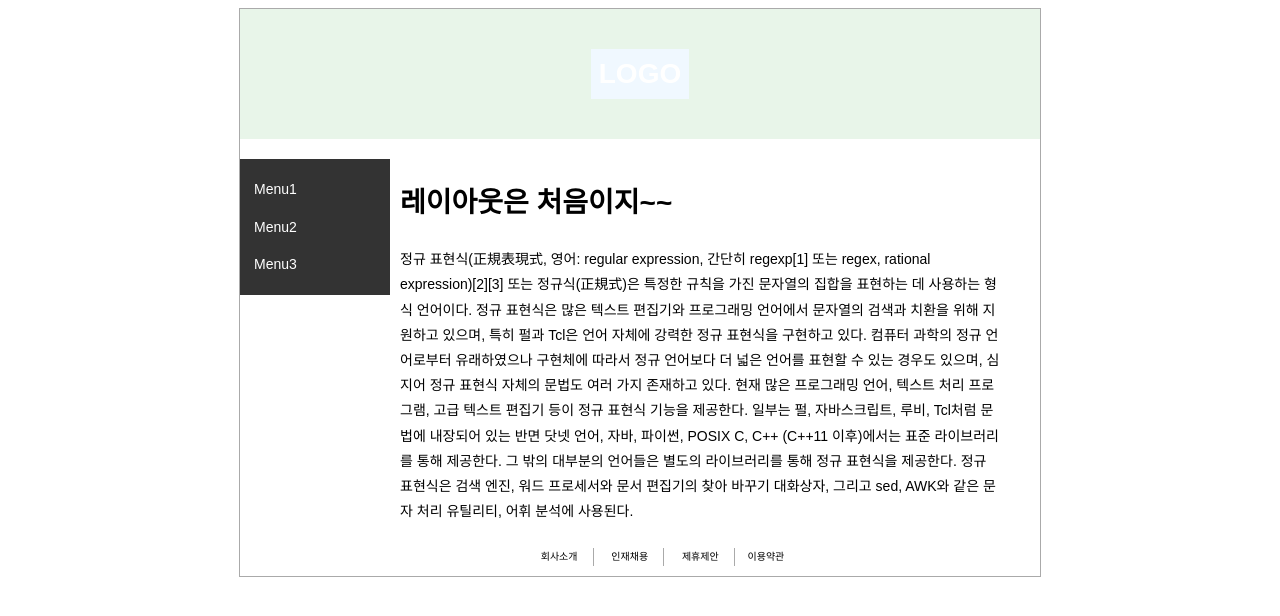
Repository: hsaar/jsworkplace
Page: http://localhost/testjsp/jsp/login.jsp
These files come from the project's save history. The page is drawn as it stood at one moment and after the next save; the edit follows.
The browser window is 1280 px wide. The pictures show the whole page.
The page is served by Tomcat 9.

Above is the page before, as saved 2025-08-21 01:24:57.

After the next save:
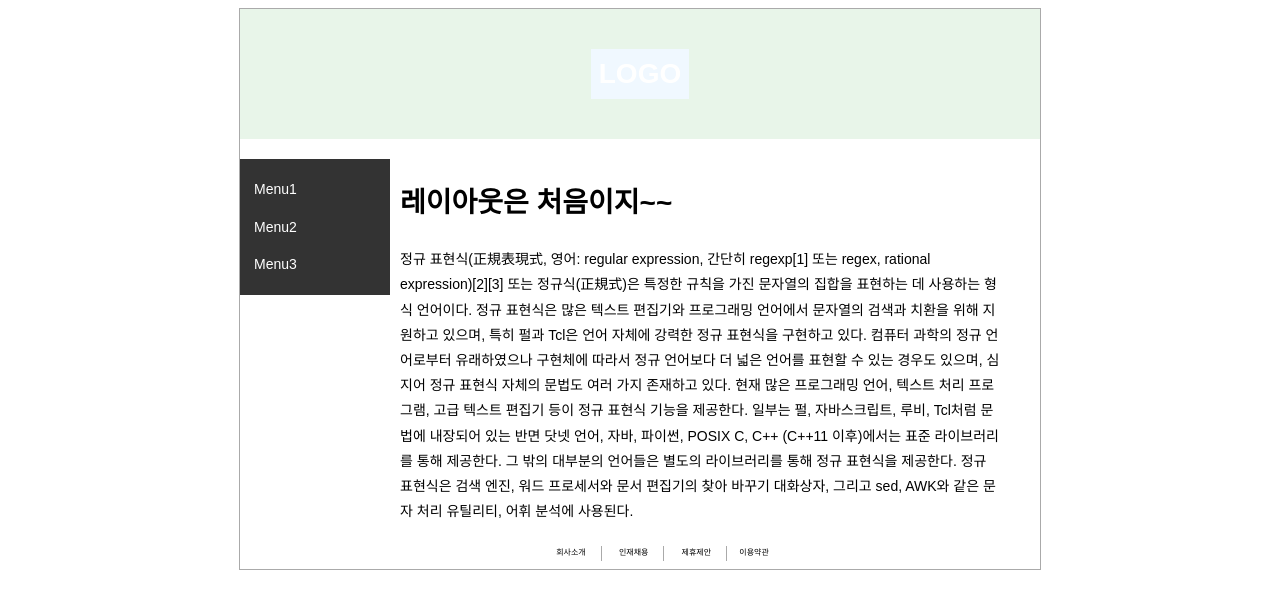
Saved 5 s later.
--- a/testjsp/src/main/webapp/jsp/login.jsp
+++ b/testjsp/src/main/webapp/jsp/login.jsp
@@ -63,7 +63,7 @@
 	}
 	.foot{
 		text-align: center;
-		font-size: 10px;
+		font-size: 8px;
 	}
 	.foot-list{
 		list-style: none;

After the save that followed:
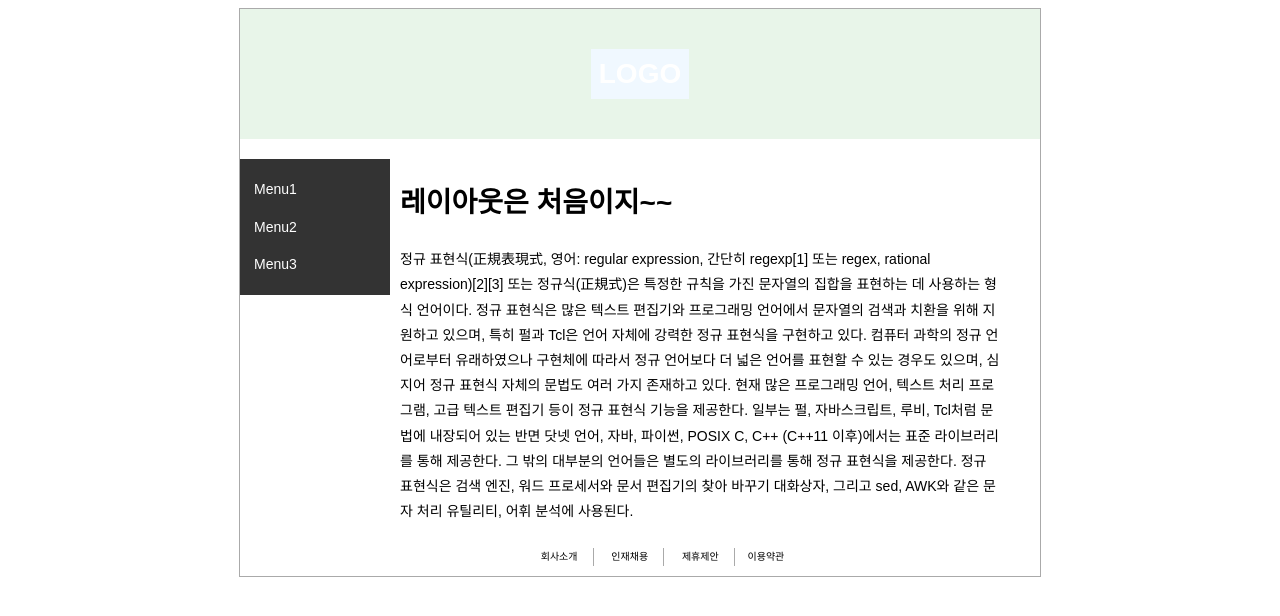
Saved 18 s later.
--- a/testjsp/src/main/webapp/jsp/login.jsp
+++ b/testjsp/src/main/webapp/jsp/login.jsp
@@ -63,7 +63,7 @@
 	}
 	.foot{
 		text-align: center;
-		font-size: 8px;
+		font-size: 10px;
 	}
 	.foot-list{
 		list-style: none;
